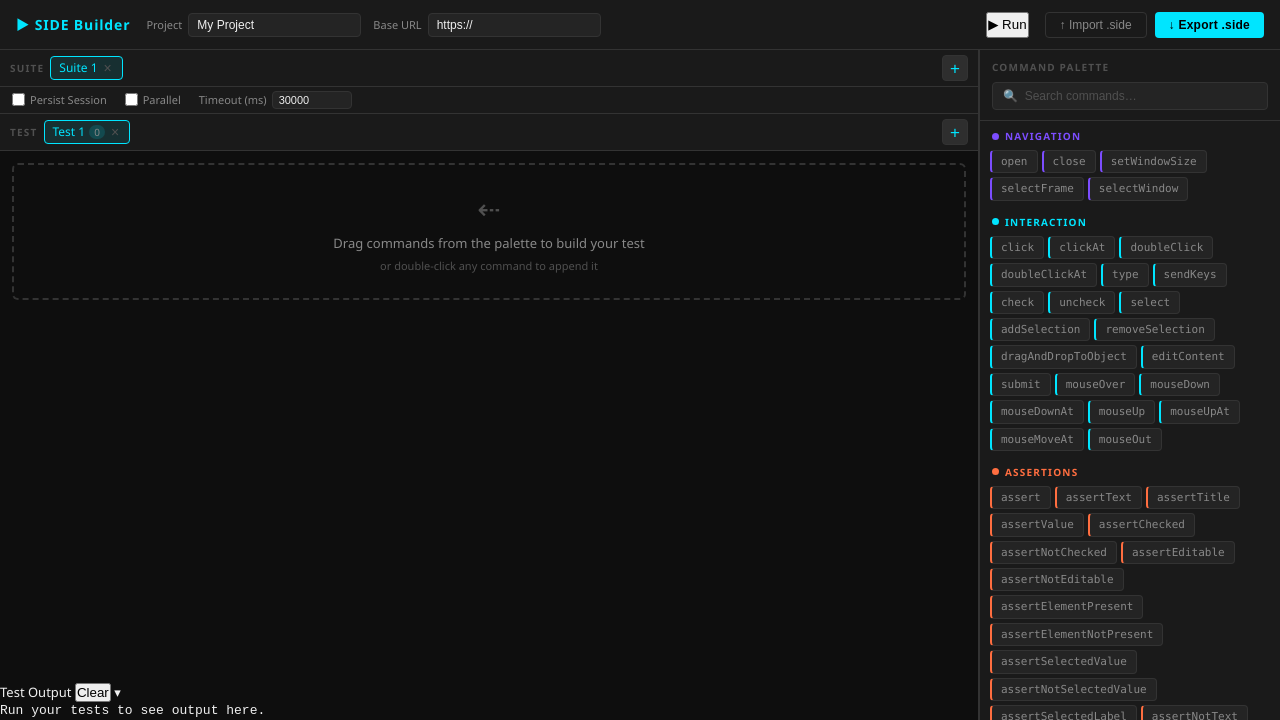
Repository: martinezger/playwright-runner
Page: src/ui/index.html
These files come from the project's save history. The page is drawn as it stood at one moment and after the next save; the edit follows.
The browser window is 1280 px wide. The pictures show the whole page.

Above is the page before, as saved 2026-06-28 13:02:14.

After the next save:
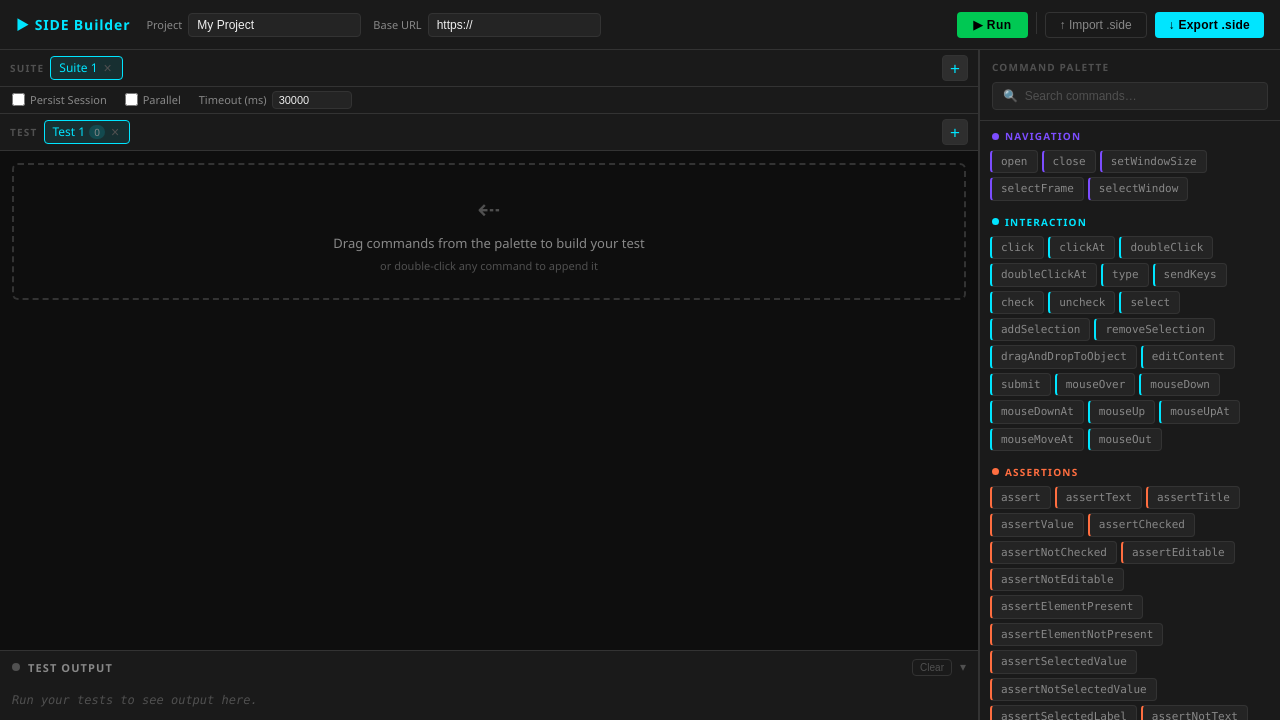
Saved 19 s later.
--- a/src/ui/style.css
+++ b/src/ui/style.css
@@ -587,7 +587,139 @@ main {
 .palette-chip:active  { cursor: grabbing; transform: scale(0.96); }
 .palette-chip.chip-dragging { opacity: 0.4; }
 
-/* ── SCROLLBARS ──────────────────────────────────────────────────────────── */
+.btn-run {
+  background: #00c853;
+  color: #000;
+  border: none;
+  border-radius: var(--radius-sm);
+  padding: 5px 16px;
+  font-size: 12px;
+  font-weight: 700;
+  cursor: pointer;
+  letter-spacing: 0.04em;
+  transition: opacity 0.15s, transform 0.1s;
+  flex-shrink: 0;
+}
+.btn-run:hover  { opacity: 0.85; }
+.btn-run:active { transform: scale(0.97); }
+.btn-run:disabled { opacity: 0.4; cursor: not-allowed; }
+
+.btn-stop {
+  background: var(--danger);
+  color: #fff;
+  border: none;
+  border-radius: var(--radius-sm);
+  padding: 5px 14px;
+  font-size: 12px;
+  font-weight: 700;
+  cursor: pointer;
+  flex-shrink: 0;
+  animation: pulse-stop 1.4s infinite;
+}
+@keyframes pulse-stop {
+  0%, 100% { opacity: 1; }
+  50%       { opacity: 0.65; }
+}
+
+.header-divider {
+  width: 1px;
+  height: 22px;
+  background: var(--border);
+  flex-shrink: 0;
+}
+
+/* ── OUTPUT PANEL ─────────────────────────────────────────────────────────── */
+.output-panel {
+  flex-shrink: 0;
+  border-top: 1px solid var(--border);
+  background: var(--surface);
+  display: flex;
+  flex-direction: column;
+  max-height: 260px;
+  min-height: 32px;
+  transition: max-height 0.2s ease;
+}
+
+.output-panel.collapsed { max-height: 32px; overflow: hidden; }
+
+.output-header {
+  display: flex;
+  align-items: center;
+  gap: 8px;
+  padding: 5px 12px;
+  cursor: pointer;
+  user-select: none;
+  flex-shrink: 0;
+  min-height: 32px;
+}
+.output-header:hover { background: var(--surface-2); }
+
+.output-status-dot {
+  width: 8px;
+  height: 8px;
+  border-radius: 50%;
+  background: var(--text-dim);
+  flex-shrink: 0;
+  transition: background 0.2s;
+}
+.output-status-dot.running { background: var(--accent); animation: blink 0.9s infinite; }
+.output-status-dot.passed  { background: #00c853; animation: none; }
+.output-status-dot.failed  { background: var(--danger); animation: none; }
+@keyframes blink { 0%,100%{opacity:1} 50%{opacity:0.3} }
+
+.output-title {
+  font-size: 11px;
+  font-weight: 700;
+  text-transform: uppercase;
+  letter-spacing: 0.1em;
+  color: var(--text-muted);
+}
+
+.output-summary {
+  font-size: 11px;
+  color: var(--text-dim);
+  flex: 1;
+}
+
+.output-clear {
+  background: none;
+  border: 1px solid var(--border);
+  border-radius: var(--radius-sm);
+  color: var(--text-dim);
+  font-size: 10px;
+  padding: 2px 7px;
+  cursor: pointer;
+  transition: color 0.15s, border-color 0.15s;
+}
+.output-clear:hover { color: var(--text-muted); border-color: var(--border-bright); }
+
+.output-chevron {
+  font-size: 12px;
+  color: var(--text-dim);
+  transition: transform 0.2s;
+  flex-shrink: 0;
+}
+.output-panel.collapsed .output-chevron { transform: rotate(-90deg); }
+
+.output-body {
+  flex: 1;
+  overflow-y: auto;
+  padding: 8px 12px 10px;
+  font-family: var(--mono);
+  font-size: 12px;
+  line-height: 1.55;
+  white-space: pre-wrap;
+  word-break: break-all;
+  scrollbar-width: thin;
+  scrollbar-color: var(--border) transparent;
+  min-height: 0;
+}
+
+.output-placeholder { color: var(--text-dim); font-style: italic; }
+.line-pass    { color: #69f0ae; }
+.line-fail    { color: #ff6e6e; }
+.line-summary { color: var(--accent); font-weight: bold; }
+.line-info    { color: var(--text-muted); }
 ::-webkit-scrollbar             { width: 6px; height: 6px; }
 ::-webkit-scrollbar-track       { background: transparent; }
 ::-webkit-scrollbar-thumb       { background: var(--border); border-radius: 3px; }
